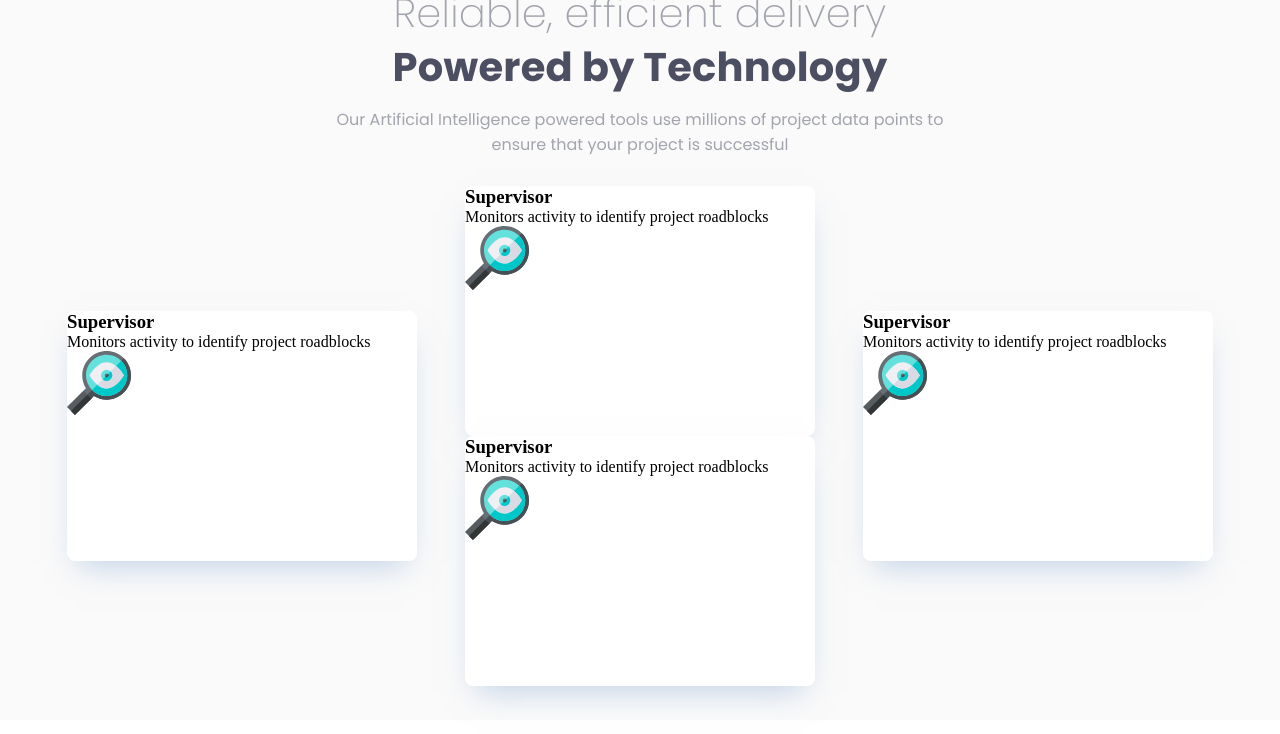
Repository: brandontaylor1/four-card-feature
Page: index.html
An editor plug-in stored every save of this project. The page is shown before and after the next save, followed by the edit.
The browser window is 1280 px wide. The pictures show the whole page.

Above is the page before, as saved 2025-01-09 23:09:42.

After the next save:
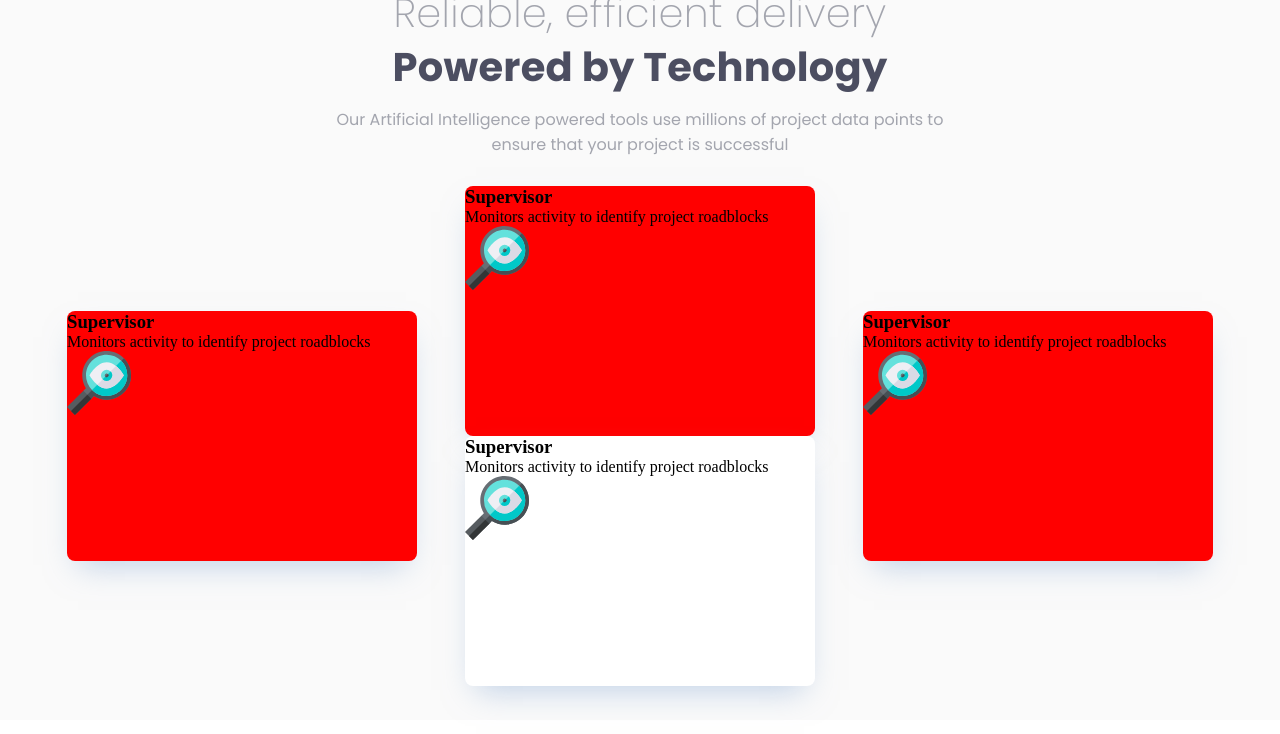
Saved 14 s later.
--- a/styles.css
+++ b/styles.css
@@ -72,7 +72,7 @@
     gap: 3rem;
 }
 
-.column-container > .card:nth-child(1) {
+.card:nth-child(1) {
     background-color: red;
 }
 
